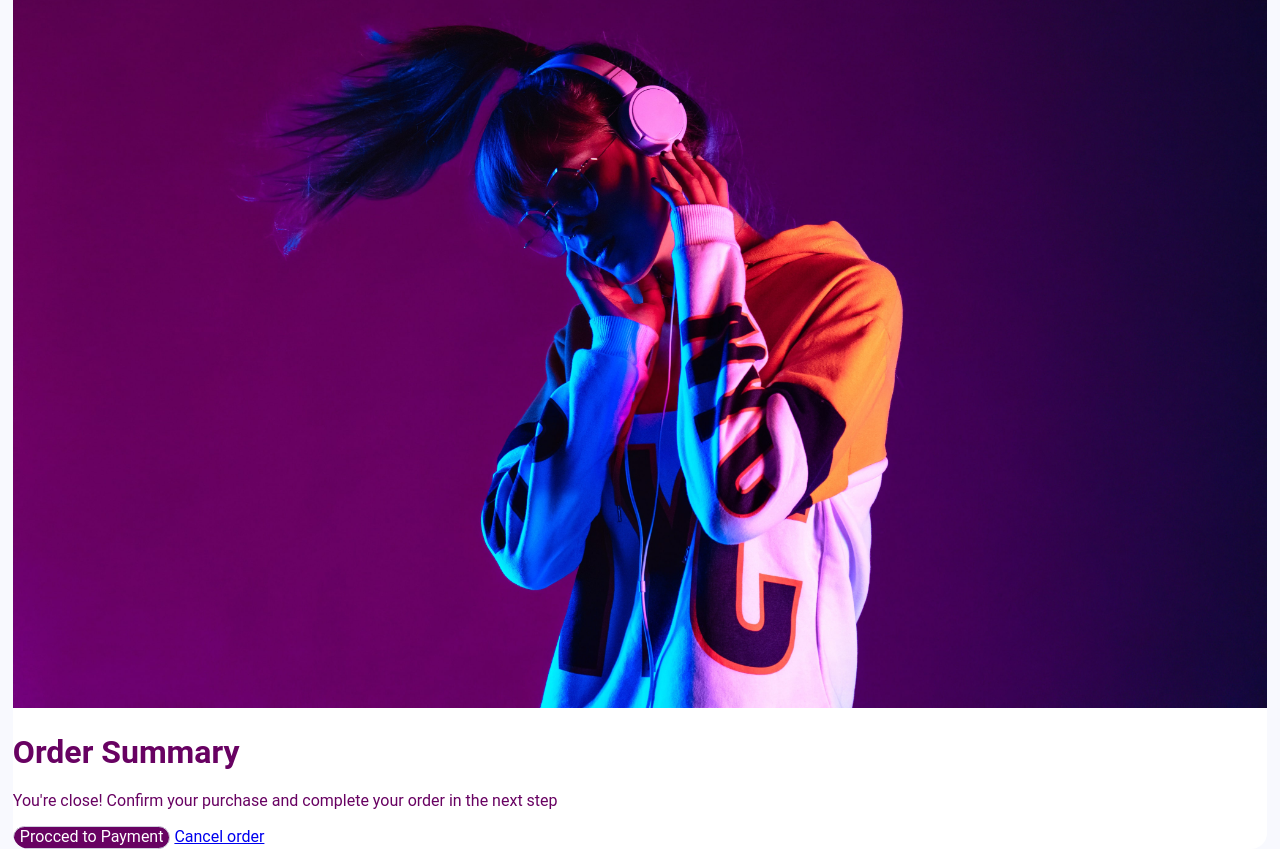
Repository: ssynowiec/INVO-Academy-solution
Page: /
These files come from the project's save history. The page is drawn as it stood at one moment and after the next save; the edit follows.
The browser window is 1280 px wide. The pictures show the whole page.
The project was rebuilt for these pictures with package versions that can differ from the ones it lists, and the page was loaded fresh each time.

Above is the page before, as saved 2023-02-16 08:43:56.

### index.html
<!DOCTYPE html>
<html lang="en">

<head>
  <meta charset="UTF-8" />
  <link rel="icon" type="image/svg+xml" href="/vite.svg" />
  <meta name="viewport" content="width=device-width, initial-scale=1.0" />
  <title>INVO Academy JS Starter with Vite</title>
</head>

<!-- In order to start your challenge, remove all the content inside <div id="home-page"></div> and start coding :) -->

<body>
  <div id="home-page" class="container">
    <section class="order">
      <img src="/images/girl.jpeg" alt="" class="image">
      <h1>Order Summary</h1>
      <p>You're close! Confirm your purchase and complete your order in the next step</p>
      <div></div>
      <button class="button">Procced to Payment</button>
      <a href="#">Cancel order</a>
    </section>
  </div>

  <script type="module" src="/src/global-scripts/main.js"></script>
  <script type="module" src="/src/pages/home-page/scripts/home-page.js"></script>
</body>

</html>

### src/pages/home-page/scripts/home-page.js
/// Homepage JavaScript File
/// Here we import all the JavaScript files we need for our homepage.

import '../styles/home-page.scss';

### src/global-styles/style.scss
/// Main Styles File
/// Here we import all the global Styles files we need for our project.

@import 'styles/normalize.scss';
@import 'styles/root.scss';
@import 'styles/fonts.scss';

body {
	font-family: 'Roboto', sans-serif;
	color: var(--color-primary);
	background-color: var(--color-background);
	display: flex;
	justify-content: center;
	align-items: center;
	height: 100vh;
}

p {
	color: var(--color-on-surface);
}

### src/pages/home-page/styles/home-page.scss
/// Homepage Styles File
/// Here we import all the Styles files we need for our Homepage.

.container {
	display: flex;
	justify-content: center;
}

.order {
	width: 98%;
	border-radius: 16px;
	overflow: hidden;
	background-color: var(--color-white);
}

.image {
	width: 100%;
}

.button {
	border-radius: 16px;
	border: 1px solid var(--color-stroke);
	background-color: var(--color-primary);
	color: var(--color-white);
	cursor: pointer;
}

.button:hover {
	background-color: var(--color-primary-hover);
}

### src/global-styles/styles/root.scss
/// Root Styles file
/// Here we define all the root variables we need for our project.
/// For examples see Material Design color system: https://m2.material.io/design/color/the-color-system.html

:root {
	--color-primary: #680262;
	--color-primary-hover: #490245;
	--color-background: #f8f9fe;
	--color-title: #151827;
	--color-body: #85859b;
	--color-stroke: #cfd1dd;
	--color-white: #ffffff;
}

### src/global-styles/styles/fonts.scss
/// Main Fonts File
/// Here we import all the fonts files we need for our project.

@import url('https://fonts.googleapis.com/css2?family=Manrope:wght@200;300;400;500;600;700;800&display=swap');

Loaded but not shown: src/global-scripts/main.js (common file); src/global-styles/styles/normalize.scss (common file)

After the next save:
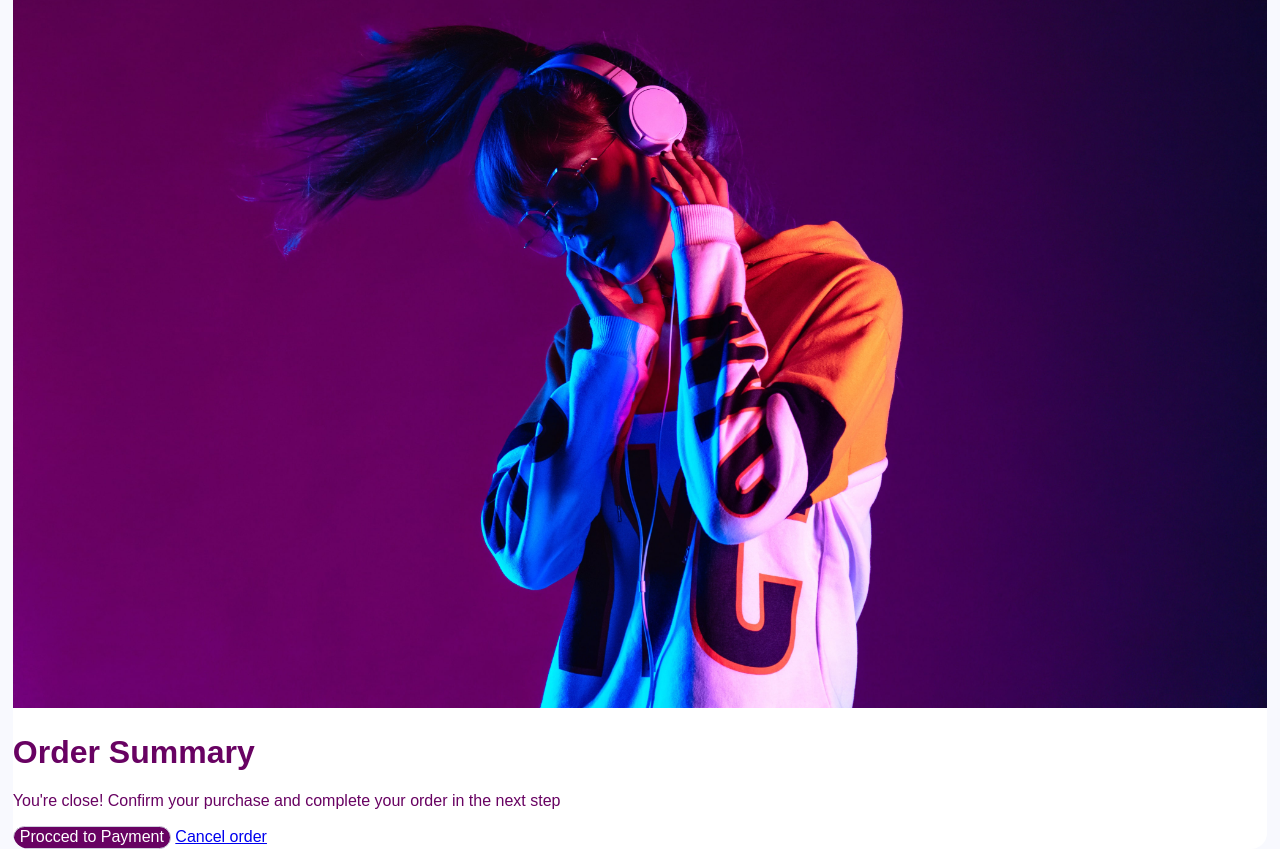
Saved 33 s later.
--- a/src/global-styles/style.scss
+++ b/src/global-styles/style.scss
@@ -6,7 +6,7 @@
 @import 'styles/fonts.scss';
 
 body {
-	font-family: 'Roboto', sans-serif;
+	font-family: 'Mon', sans-serif;
 	color: var(--color-primary);
 	background-color: var(--color-background);
 	display: flex;
